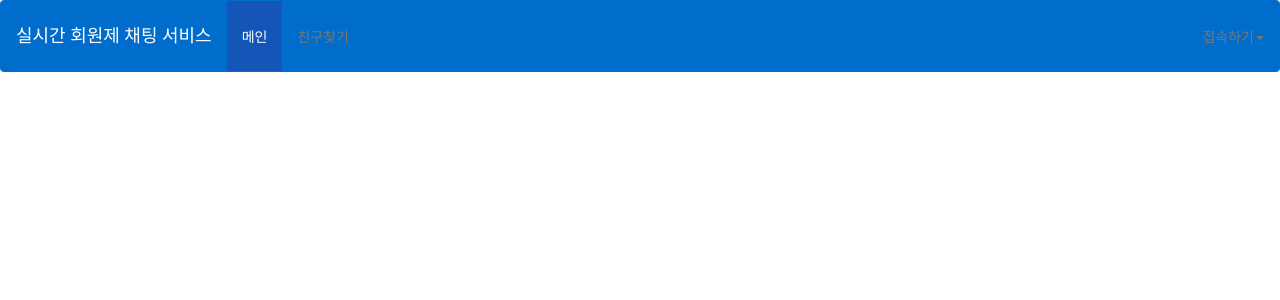
Repository: kkoseunghyun/javaAjaxChat
Page: http://localhost/UserChat/update.jsp
An editor plug-in stored every save of this project. The page is shown before and after the next save, followed by the edit.
The browser window is 1280 px wide. The pictures show the whole page.
Some web fonts or font styles are not loaded; a fallback is used. Some web libraries are served in a nearby version. The page is served by Tomcat 9. Other server files are loaded and not shown.

Above is the page before, as saved 2019-05-15 08:39:42.

### JspAjax/UserChat/WebContent/update.jsp
<%@ page language="java" contentType="text/html; charset=UTF-8" pageEncoding="UTF-8"%>
<!DOCTYPE html>
<html>
<head>
	<meta charset="UTF-8">
	<meta name="viewport" content="width=device-width, initial-scale=1">
	<link rel="stylesheet" type="text/css" href="css/bootstrap.css">
	<link rel="stylesheet" type="text/css" href="css/custom.css">
	<link rel="stylesheet" type="text/css" href="css/custom2.css">
	<title>JSP Ajax 실시간 회원제 채팅 서비스</title>
	<script src="https://code.jquery.com/jquery-3.1.1.min.js"></script>
	<script src="js/bootstrap.js"></script>
</head>
<body>
	<%
		String userID = null;
		if(session.getAttribute("userID") != null){
			userID = (String) session.getAttribute("userID");
		}
	%>
	<nav class="navbar navbar-default">
		<div class="navbar-header">
			<button type="button" class="navbar-toggle collapsed"
				data-toggle="collapse" data-target="#bs-example-navbar-collapse-1"
				aria-expanded="false">
				<span class="icon-bar"></span>
				<span class="icon-bar"></span>
				<span class="icon-bar"></span>
			</button>
			<a class="navbar-brand" href="main.jsp">실시간 회원제 채팅 서비스</a>
		</div>
		<div class="collapse navbar-collapse" id="bs-example-navbar-collapse-1">
			<ul class="nav navbar-nav">
				<li class="active"><a href="main.jsp">메인</a></li>
				<li><a href="find.jsp">친구찾기</a></li>
			</ul>
			<%
				if(userID == null){ // 로그인이 안된사람들에 한해 보여지는 네비게이션 바
			%>
			<ul class="nav navbar-nav navbar-right">
				<li class="dropdown">
					<a href="#" class="dropdown-toggle"
						data-toggle="dropdown" role="button" aria-haspopup="true"
						aria-expanded="false">접속하기<span class="caret"></span></a>
					<ul class="dropdown-menu">
						<li class="active"><a href="login.jsp">로그인</a></li>
						<li><a href="join.jsp">회원가입</a></li>
					</ul>
				</li>
			</ul>
			<%
				} else {
			%>
			<ul class="nav navbar-nav navbar-right">
				<li class="dropdown">
					<a href="#" class="dropdown-toggle"
						data-toggle="dropdown" role="button" aria-haspopup="true"
						aria-expanded="false">회원관리<span class="caret"></span></a>
					<ul class="dropdown-menu">
						<li><a href="logoutAction.jsp">로그아웃</a></li>
					</ul>
				</li>
			</ul>
			<%
				}
			%>
		</div>
	</nav>

	<%
		/*
			ex)
			UserRegisterServlet.java, UserLoginServlet에서 session.setAttribute로 정의한
			messageContent,messageType 을 session.getAttribute를 통해 가져와서, 색깔셋팅 등 messageModal 설정부분
		*/
		String messageContent = null;
		if (session.getAttribute("messageContent") != null) {
			messageContent = (String) session.getAttribute("messageContent");
		}
		String messageType = null;
		if (session.getAttribute("messageType") != null) {
			messageType = (String) session.getAttribute("messageType");
		}
		if (messageContent != null) {
	%>
	<!--  messageModal -->
	<div class="modal fade" id="messageModal" tabindex="-1" role="dialog" aria-hidden="true">
		<div class="vertical-alignment-helper">
			<div class="modal-dialog vertical-align-center">
				<div class="modal-content <% if(messageType.equals("오류 메세지")) out.println("panel-warning"); else out.println("panel-success");%> ">
					<div class="modal-header panel-heading">
						<button type="button" class="close" data-dismiss="modal">
							<span aria-hidden="true">&times</span>		<!-- x버튼 -->
							<span class="sr-only">Close</span>
						</button>
						<h4 class="modal-title">
							<%= messageType %>
						</h4>
					</div>
					<div class="modal-body">
						<%= messageContent %>
					</div>
					<div class="modal-footer">
						<button type="button" class="btn btn-primary" data-dismiss="modal">확인</button>
					</div>
				</div>
			</div>
		</div>
	</div>
	<script>
		$('#messageModal').modal("show");
	</script>
	<%
		session.removeAttribute("messageContent");
		session.removeAttribute("messageType");
		}
	%>
</body>
</html>

### JspAjax/UserChat/WebContent/css/custom.css
@import url(http://fonts.googleapis.com/earlyaccess/nanumgothic.css);
@import url(http://fonts.googleapis.com/earlyaccess/hanna.css);
@import url(http://fonts.googleapis.com/earlyaccess/notosanskr.css);
* {
	font-family: 'Nanum Gothic';
}
h5 {
	font-family: 'Noto Sans KR';
	font-size: 15px;
}
h4 {
	font-family: 'Noto Sans KR';
}
h3 {
	font-family: 'Hanna';
}
h2 {
	font-family: 'Hanna';
}
h1 {
	font-family: 'Hanna';
}

/* 테이블 관련 디자인 처리 */
thead th {
	background-color: #2d1f1f;
	color: white;
	text-align: center;
}
tr td:first-child,
tr th:first-child {
	border-top-left-radius: 6px;
	border-bottom-left-radius: 6px;
}
tr td:last-child,
tr th:last-child {
	border-top-right-radius: 6px;
	border-bottom-right-radius: 6px;
}

/* 모달 팝업창 관련 디자인 처리 */
.vertical-alignment-helper {
	display: table;
	height: 100%;
	width: 100%;
	pointer-events: none;
}
.vertical-alignment-center {
	display: table-cell;
	vertical-align: middle;
	pointer-events: none;
}
.modal-content {
	width: inherit;
	height: inherit;
	margin: 0 auto;
	pointer-events: all;
}

/* 채팅창 디자인 처리 */
.portlet {
    margin-bottom: 15px;
}
.btn-white {
    border-color: #cccccc;
    color: #333333;
    background-color: #ffffff;
}
.portlet {
    border: 1px solid;
}
.portlet .portlet-heading {
    padding: 0 15px;
}
.portlet .portlet-heading h4 {
    padding: 1px 0;
    font-size: 16px;
}
.portlet .portlet-heading a {
    color: #fff;
}
.portlet .portlet-heading a:hover,
.portlet .portlet-heading a:active,
.portlet .portlet-heading a:focus {
    outline: none;
}
.portlet .portlet-widgets .dropdown-menu a {
    color: #333;
}
.portlet .portlet-widgets ul.dropdown-menu {
    min-width: 0;
}
.portlet .portlet-heading .portlet-title {
    float: left;
}
.portlet .portlet-heading .portlet-title h4 {
    margin: 10px 0;
}
.portlet .portlet-heading .portlet-widgets {
    float: right;
    margin: 8px 0;
}
.portlet .portlet-heading .portlet-widgets .tabbed-portlets {
    display: inline;
}
.portlet .portlet-heading .portlet-widgets .divider {
    margin: 0 5px;
}
.portlet .portlet-body {
    padding: 15px;
    background: #fff;
}
.portlet .portlet-footer {
    padding: 10px 15px;
    background: #e0e7e8;
}
.portlet .portlet-footer ul {
    margin: 0;
}
.portlet-green,
.portlet-green>.portlet-heading {
    border-color: #16a085;
}
.portlet-green>.portlet-heading {
    color: #fff;
    background-color: #16a085;
}
.portlet-orange,
.portlet-orange>.portlet-heading {
    border-color: #f39c12;
}
.portlet-orange>.portlet-heading {
    color: #fff;
    background-color: #f39c12;
}
.portlet-blue,
.portlet-blue>.portlet-heading {
    border-color: #2980b9;
}
.portlet-blue>.portlet-heading {
    color: #fff;
    background-color: #2980b9;
}
.portlet-red,
.portlet-red>.portlet-heading {
    border-color: #e74c3c;
}
.portlet-red>.portlet-heading {
    color: #fff;
    background-color: #e74c3c;
}
.portlet-purple,
.portlet-purple>.portlet-heading {
    border-color: #8e44ad;
}
.portlet-purple>.portlet-heading {
    color: #fff;
    background-color: #8e44ad;
}
.portlet-default,
.portlet-dark-blue,
.portlet-default>.portlet-heading,
.portlet-dark-blue>.portlet-heading {
    border-color: #34495e;
}
.portlet-default>.portlet-heading,
.portlet-dark-blue>.portlet-heading {
    color: #fff;
    background-color: #34495e;
}
.portlet-basic,
.portlet-basic>.portlet-heading {
    border-color: #333;
}
.portlet-basic>.portlet-heading {
    border-bottom: 1px solid #333;
    color: #333;
    background-color: #fff;
}
@media(min-width:768px) { /* 반응형 */
    .portlet {
        margin-bottom: 30px;
    }
}
.img-chat{
width:40px;
height:40px;
}
.text-green {
    color: #16a085;
}
.text-orange {
    color: #f39c12;
}
.text-red {
    color: #e74c3c;
}

### JspAjax/UserChat/WebContent/css/custom2.css
@import url(http://font.googleapis.com/earlyaccess/nanumgothic.css);
/* 전체 영역 지정 */
* {
    font-family: 'Nanum Gothic';
}
/* 전체 링크 영역 지정 */
a {
    color: #000000;
    text-decoration: none;
}
a:hover{
    color: #bbbbbb;
    text-decoration:none;
    cursor: pointer;
}

/* 네비게이션 영역 */
.navbar-default{    /* 배경 색상*/
    background-color: #006DCC;
    border-color: #006DCC;
}
.navbar-default .navbar-brand{ /* 내비게이션 제목 생상 */
    color: #ffffff;
    padding-top: 25px;
    font-family: 'Hanna';
}
.navbar-default .navbar-brand:hover,
.navbar-default .navbar-brand:focus{ /*내비게이션 제목에 마우스를 올렸을 때 */
    background-color: transparent;
    color: #dddddd;
}
.navbar-default .navbar-nav > .active > a,
.navbar-default .navbar-nav > .active > a:hover,
.navbar-default .navbar-nav > .active > a:focus{/* 현재 선택된 내비게이션 색상 이벤트 */
    color: #ffffff;
    background-color: #1456b8;
}
.navbar-default .navbar-nav > li > a { /*내비게이션 기본 글자 색상 */
    font-family: 'Noto Sans KR';
}
.navbar-default .navbar-nav > li > a:hover,
.navbar-default .navbar-nav > li > a:focus { /*내비게이션의 글자에 마우스를 올렸을 때 */
    color: #dddddd;
}
.navbar-default .navbar-nav > .open > a,
.navbar-default .navbar-nav > .open > a:hover,
.navbar-default .navbar-nav > .open > a:focus{ /* .open : 드랍다운이 열렸을 때 마우스 색상 이벤트  */
    color: #006DCC;
    background-color: #ffffff;
    text-decoration: none;
}
.navbar-default .navbar-toggle:hover,
.navbar-default .navbar-toggle:focus { /* 토글에 마우스를 올렸을 때 */
	background-color: #145688;
}
.navbar-default .navbar-toggle: .icon-bar { /* 토글 아이콘 바 색상 */
	background-color: #dddddd;
}

/* 미디어 쿼리 */
@media (max-width: 767px) { /* (해상도가 작아졌을때) 드랍다운 아이템에 마우스를 올렸을 때 */
    .navbar-default .navbar-nav .open .dropdown-menu > li > a {
        color: #ffffff;
    }
    .navbar-default .navbar-nav .open .dropdown-menu > li > a:hover,
    .navbar-default .navbar-nav .open .dropdown-menu > li > a:focus {
        color: #eeeeee;
    }
}
/* 네비게이션 바 길이 수정 */
.navbar-fixed-top {
	min-height: 70px;
}
.navbar-nav > li > a {
	padding-top: 0px;
	padding-bottom: 0px;
	line-height: 70px;
}
@media (max-width: 767px) {
	.navbar-default .navbar-brand {
		padding-top: 15px;
	}
	.navbar-nav > li > a {
		padding-top: 0px;
		padding-bottom: 0px;
		line-height: 40px;
	}
}

Loaded but not shown: JspAjax/UserChat/WebContent/css/bootstrap.css (library); JspAjax/UserChat/WebContent/js/bootstrap.js (library)

After the next save:
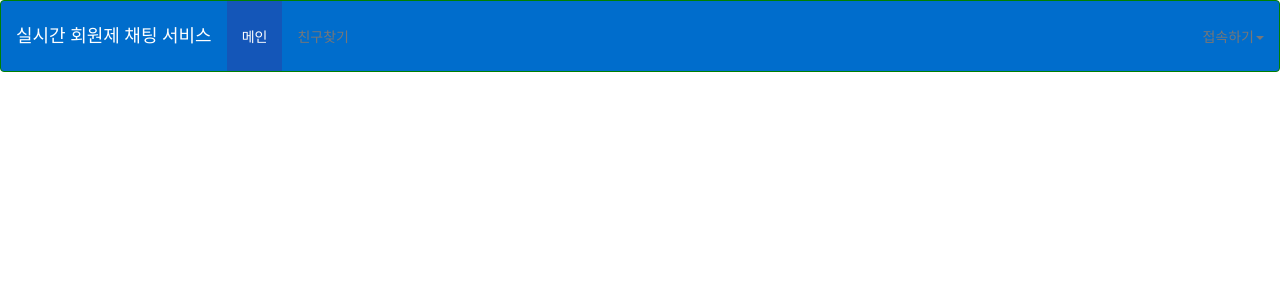
Saved 5 min 35 s later.
--- a/JspAjax/UserChat/WebContent/css/custom2.css
+++ b/JspAjax/UserChat/WebContent/css/custom2.css
@@ -17,7 +17,7 @@
 /* 네비게이션 영역 */
 .navbar-default{    /* 배경 색상*/
     background-color: #006DCC;
-    border-color: #006DCC;
+    border-color: green;
 }
 .navbar-default .navbar-brand{ /* 내비게이션 제목 생상 */
     color: #ffffff;

After the save that followed:
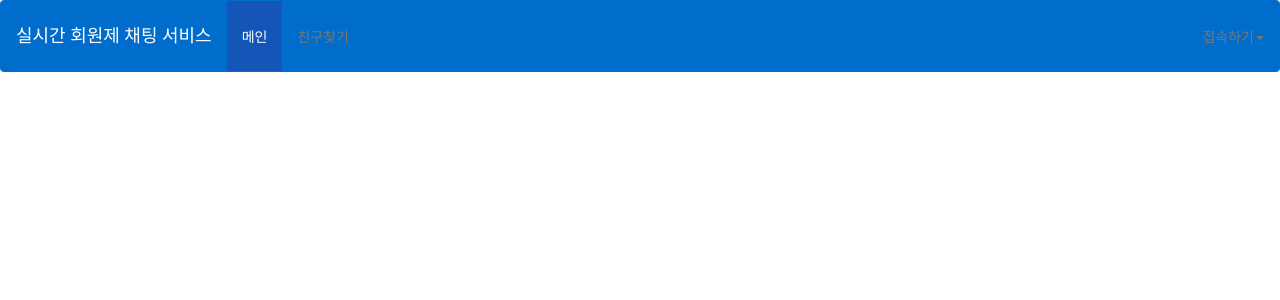
Saved 9 s later.
--- a/JspAjax/UserChat/WebContent/css/custom2.css
+++ b/JspAjax/UserChat/WebContent/css/custom2.css
@@ -17,7 +17,7 @@
 /* 네비게이션 영역 */
 .navbar-default{    /* 배경 색상*/
     background-color: #006DCC;
-    border-color: green;
+    border-color: #006DCC;
 }
 .navbar-default .navbar-brand{ /* 내비게이션 제목 생상 */
     color: #ffffff;
